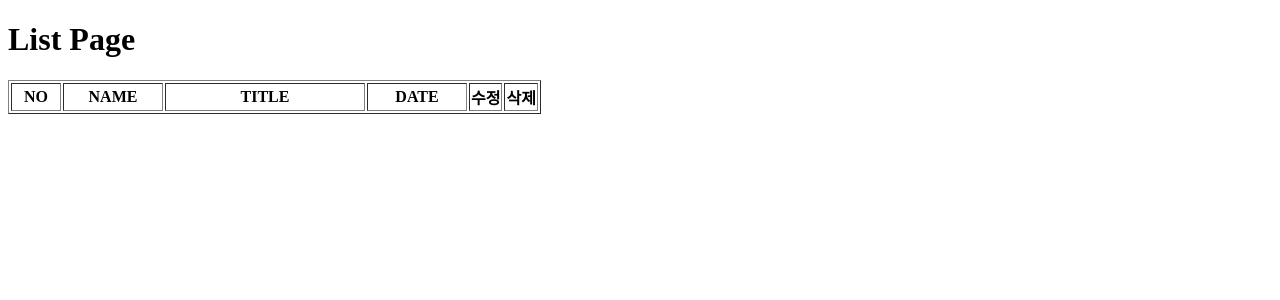
Repository: leedh909/Academy-web-
Page: http://localhost/Jsp01_MyBoard/mylist.jsp
These files come from the project's save history. The page is drawn as it stood at one moment and after the next save; the edit follows.
The browser window is 1280 px wide. The pictures show the whole page.
The page is served by Tomcat 9. Other server files are loaded and not shown. Queries for data that is not in the repository find no rows.

Above is the page before, as saved 2020-06-25 04:12:15.

### 실습자료/eclipse-servlet/Jsp01_MyBoard/WebContent/mylist.jsp
<%@ page language="java" contentType="text/html; charset=UTF-8"
    pageEncoding="UTF-8"%>
<% request.setCharacterEncoding("UTF-8"); %>
<% response.setContentType("text/html; charset=UTF-8"); %>

<!-- 지시자 page : 페이지 전체에 적용되는 속성 지정 -->
<%@ page import = "com.my.dao.MyBoardDao" %>
<%@ page import = "com.my.dto.MyBoardDto" %>
<%@ page import = "java.util.List" %>

<!DOCTYPE html>
<html>
<head>
<meta charset="UTF-8">
<title>Insert title here</title>
</head>
<%
	//자바 코드
	MyBoardDao dao = new MyBoardDao();
	List<MyBoardDto> list = dao.selectAll();

%>

<body>
	<h1>List Page</h1>
	<table border="1">
		<col width="50px">
		<col width="100px">
		<col width="200px">
		<col width="100px">
		<tr>
			<th>NO</th>
			<th>NAME</th>
			<th>TITLE</th>
			<th>DATE</th>
			<th>수정</th>
			<th>삭제</th>
		</tr>
<%
	for(int i=0;i<list.size();i++){
	//java code
%>
	<!-- html code -->
	<tr>
		<td><%= list.get(i).getMyno() %></td>
		<td><%= list.get(i).getMyname() %></td>
		<td><%= list.get(i).getMytitle() %></td>
		<td><%= list.get(i).getMydate() %></td>
		<td><a>수정</a></td>
		<td><a>삭제</a></td>
	</tr>
<%
	//java code
	}
%>
	</table>

</body>
</html>

### 실습자료/eclipse-servlet/Jsp01_MyBoard/src/com/my/dao/MyBoardDao.java
package com.my.dao;

import java.sql.Connection;
import java.sql.DriverManager;
import java.sql.ResultSet;
import java.sql.SQLException;
import java.sql.Statement;
import java.util.ArrayList;
import java.util.List;

import com.my.dto.MyBoardDto;

public class MyBoardDao {

	Connection con = null;
	public MyBoardDao() {
		try {
			Class.forName("oracle.jdbc.driver.OracleDriver");
			System.out.println("01. driver 연결");
		} catch (ClassNotFoundException e) {
			System.out.println("01. driver 연결 실패");
			e.printStackTrace();
		}
	}

	//전체출력
	public List<MyBoardDto> selectAll(){

		try {
			con = DriverManager.getConnection("jdbc:oracle:thin:@localhost:1521:xe","KH","KH");
			System.out.println("02. 계정 연결");
		} catch (SQLException e) {
			System.out.println("02. 계정 연결 실패");
			e.printStackTrace();
		}

		Statement stmt = null;
		ResultSet rs = null;
		List<MyBoardDto> res = new ArrayList<MyBoardDto>();

		String sql = "SELECT * FROM MYBOARD";

		try {
			stmt = con.createStatement();
			System.out.println("03. query 준비:"+sql);

			rs = stmt.executeQuery(sql);
			System.out.println("04. query 실행 및 리턴");
			while(rs.next()) {
				MyBoardDto dto = new MyBoardDto(
						rs.getInt(1), rs.getString(2), rs.getString(3), rs.getString(4), rs.getDate(5)
				);
				res.add(dto);
			}


		} catch (SQLException e) {
			System.out.println("3/4 단계 에러");
			e.printStackTrace();
		}finally {
			try {
				rs.close();
				stmt.close();
				con.close();
				System.out.println("05. db 종료\n");
			} catch (SQLException e) {
				System.out.println("05. db 종료 에러");
				e.printStackTrace();
			}

		}


		return res;

	}
}

After the next save:
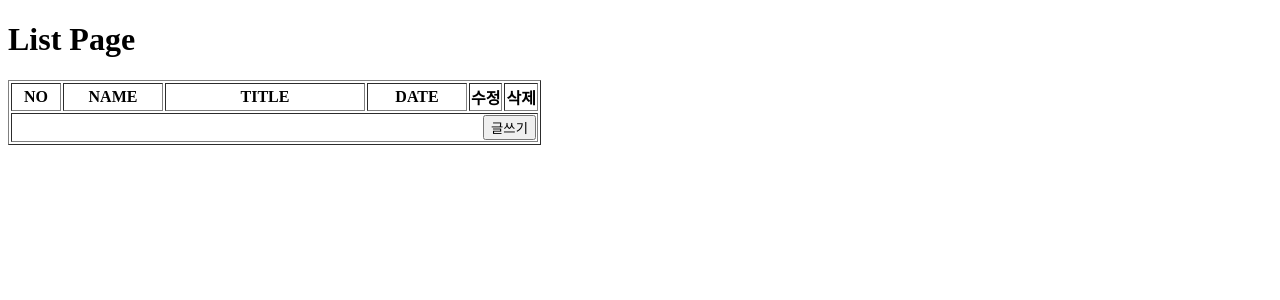
Saved 79 s later.
--- a/실습자료/eclipse-servlet/Jsp01_MyBoard/WebContent/mylist.jsp
+++ b/실습자료/eclipse-servlet/Jsp01_MyBoard/WebContent/mylist.jsp
@@ -53,6 +53,11 @@
 	//java code
 	}
 %>
+	<tr>
+		<td colspan="6" align = "right">
+			<button>글쓰기</button>
+		</td>
+	</tr>
 	</table>
 
 </body>
